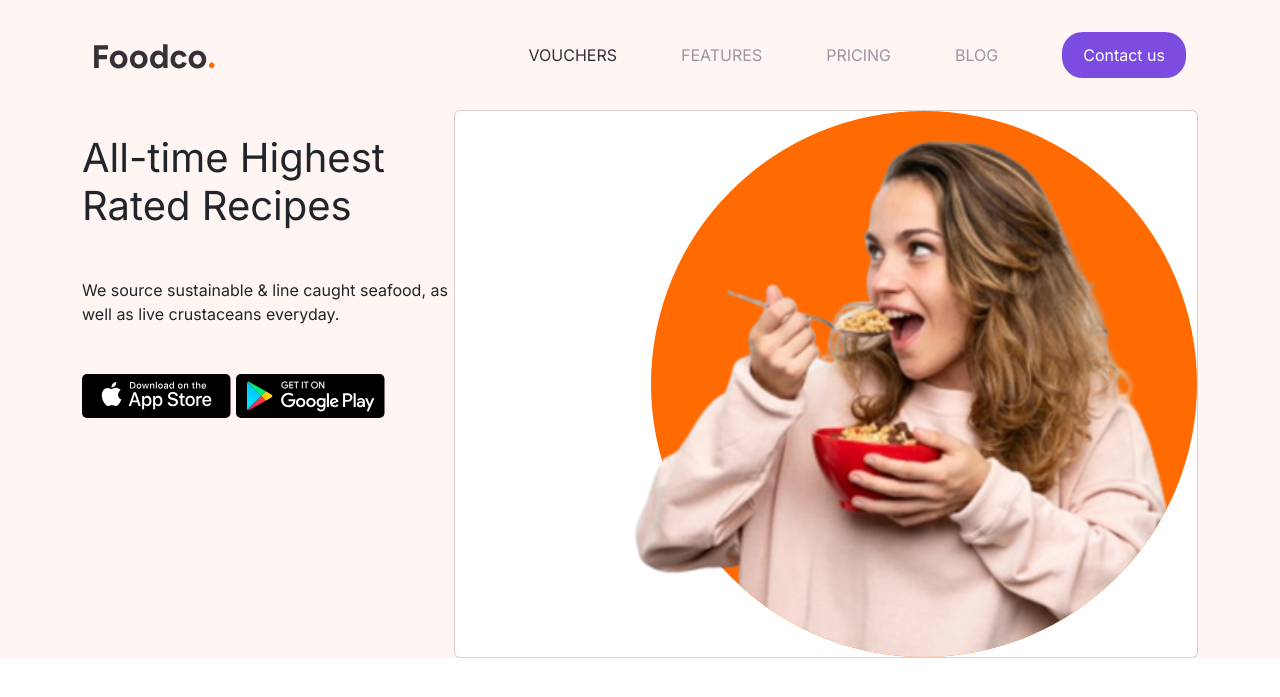
Repository: badhon252/Foodco
Page: index.html
These files come from the project's save history. The page is drawn as it stood at one moment and after the next save; the edit follows.
The browser window is 1280 px wide. The pictures show the whole page.
The style sheet was rebuilt from its Sass, Less or Tailwind sources for each picture, by a compiler version that may differ from the author's.

Above is the page before, as saved 2022-09-15 16:27:33.

### index.html
<!DOCTYPE html>
<html lang="en">

<head>
    <meta charset="UTF-8">
    <meta http-equiv="X-UA-Compatible" content="IE=edge">
    <meta name="viewport" content="width=device-width, initial-scale=1.0">
    <!-- bootstrap cdn link  -->
    <!-- I'm using bootstrap 5 for this project, Let's code!  -->
    <!-- CSS only -->
    <link href="https://cdn.jsdelivr.net/npm/bootstrap@5.2.1/dist/css/bootstrap.min.css" rel="stylesheet"
        integrity="sha384-iYQeCzEYFbKjA/T2uDLTpkwGzCiq6soy8tYaI1GyVh/UjpbCx/TYkiZhlZB6+fzT" crossorigin="anonymous">

    <link rel="stylesheet" href="scss/style.css">
    <title>FoodCo</title>
</head>

<body>

    <main id="header">
        <header class="container">

            <nav class="navbar navbar-expand-lg py-3">
                <div class="container-fluid">
                    <a class="navbar-brand" href="#"><img src="./image/logo.svg" alt=""></a>
                    <button class="navbar-toggler" type="button" data-bs-toggle="collapse" data-bs-target="#navbarNav"
                        aria-controls="navbarNav" aria-expanded="false" aria-label="Toggle navigation">
                        <span class="navbar-toggler-icon"></span>
                    </button>
                    <div class="collapse navbar-collapse" id="navbarNav">
                        <ul class="navbar-nav ms-auto py-3">
                            <li class="nav-item">
                                <a class="nav-link active" aria-current="page" href="#">Vouchers</a>
                            </li>
                            <li class="nav-item">
                                <a class="nav-link" href="#">Features</a>
                            </li>
                            <li class="nav-item">
                                <a class="nav-link" href="#">Pricing</a>
                            </li>
                            <li class="nav-item">
                                <a class="nav-link" href="">Blog</a>
                            </li>
                            <button class="btn">Contact us</button>
                        </ul>
                    </div>
                </div>
            </nav>

            <div class="header-content">
                <div class="k-row">
                    <div class="col-md-4">
                        <h1 class="my-4">All-time <span>Highest</span> Rated Recipes</h1>
                        <p class="my-5">We source sustainable & line caught seafood, as well as live crustaceans
                            everyday.</p>
                        <div class="app-link">
                            <img src="./image/app_store.svg" alt="">
                            <img src="./image/Playstore.svg" alt="">
                        </div>
                    </div>
                    <div class="col-md-8 ">
                        <div class="card">
                            <img src="./image/Group 18525.svg" alt="" class="ms-auto">
                        </div>
                    </div>
                </div>
            </div>
        </header>
    </main>

</body>

</html>

### scss/style.scss
@import url("https://fonts.googleapis.com/css2?family=Inter:wght@400;600;700;800;900&display=swap");
@font-face {
  font-family: circular;
  src: url(../fonts/Circular_Std_Font.otf);
}
@font-face {
  font-family: AirbnbCereal_W_Bd;
  src: url(../fonts/AirbnbCereal_W_Bd.otf);
}
@font-face {
  font-family: AirbnbCereal_W_Bk;
  src: url(../fonts//AirbnbCereal_W_Bk.otf);
}
@font-face {
  font-family: AirbnbCereal_W_Blk;
  src: url(../fonts/AirbnbCereal_W_Blk.otf);
}
@font-face {
  font-family: AirbnbCereal_W_Lt;
  src: url(../fonts/AirbnbCereal_W_Lt.otf);
}
@font-face {
  font-family: AirbnbCereal_W_Md;
  src: url(../fonts/AirbnbCereal_W_Md.otf);
}
@font-face {
  font-family: AirbnbCereal_W_XBd;
  src: url(../fonts/AirbnbCereal_W_XBd.otf);
}
* {
  margin: 0;
  padding: 0;
  box-sizing: border-box;
  font-family: "Inter", sans-serif;
  //   font-family: circular;
}
// .container {
//   margin: 2rem 14rem;
// }
// .btn,
// .link {
//   cursor: pointer;
// }
.link {
  text-decoration: none;
  color: #353237;
}
.btn {
  outline: none;
  border: none;
  padding: 12px 25px;
  font-size: 1rem;
  font-weight: 400;
}
.active {
  color: #353237 !important;
}
li {
  list-style-type: none;
}
.py-1 {
  padding: 1rem 0;
}
.py-2 {
  padding: 2rem 0;
}
.py-3 {
  padding: 3rem 0;
}
.py-4 {
  padding: 4rem 0;
}
.my-1 {
  margin: 1rem 0;
}
.my-1 {
  margin: 1rem 0;
}
.my-2 {
  margin: 2rem 0;
}
.my-3 {
  margin: 3rem 0;
}
.my-4 {
  margin: 4rem 0;
}
.my-5 {
  margin: 5rem 0;
}

// =======================
//===========================
#header {
  background-color: #fff5f2;

  .navbar {
    .navbar-nav {
      align-items: center;
      .nav-item {
        margin: 0 1.5rem;
        .nav-link {
          font-weight: 500;
          font-size: 1rem;
          line-height: 20px;
          text-transform: uppercase;
          color: #9a97a1;
          //   color: #353237;
          &:hover {
            color: #353237;
          }
        }
      }
      .btn {
        background-color: #7b4cdf;
        border-radius: 20.5px;
        color: #fff;
        margin-left: 2rem;
        padding: 11px 21px;
      }
    }
  }

  .header-content {
    .k-row {
      display: flex;
      justify-content: space-between !important;
    }
  }
}

After the next save:
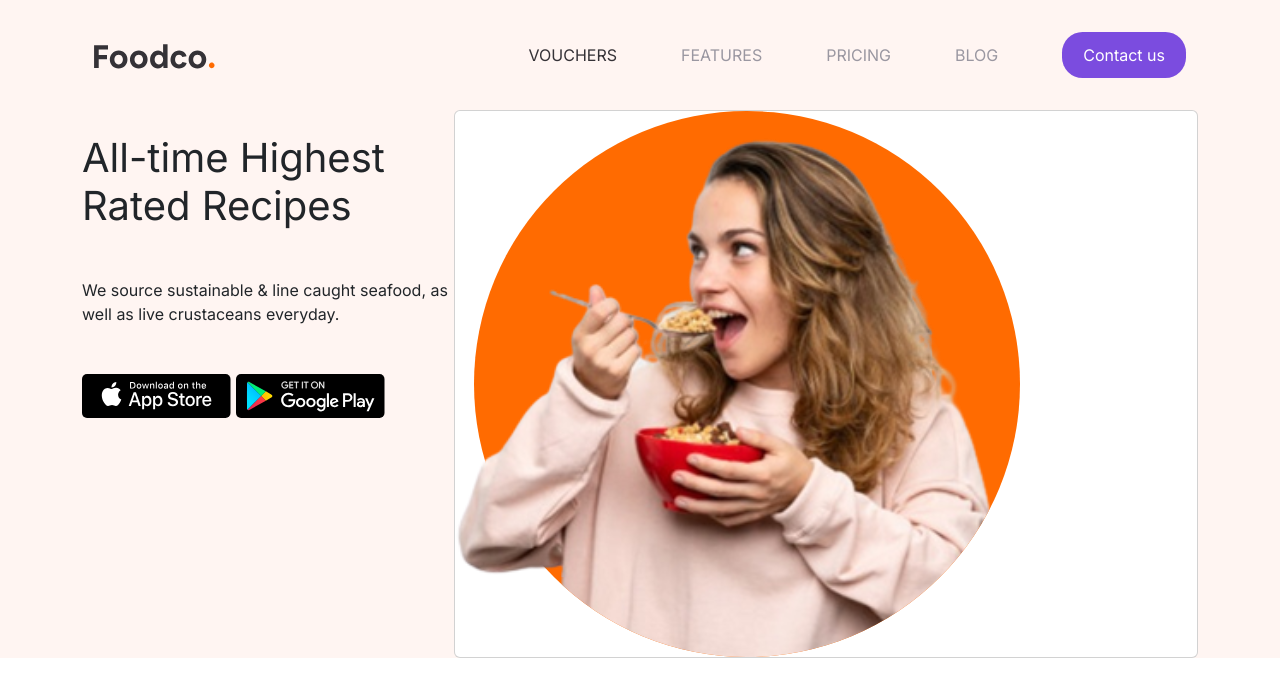
Saved 24 s later.
--- a/index.html
+++ b/index.html
@@ -58,8 +58,8 @@
                             <img src="./image/Playstore.svg" alt="">
                         </div>
                     </div>
-                    <div class="col-md-8 ">
-                        <div class="card">
+                    <div class="col-md-8 card">
+                        <div class="">
                             <img src="./image/Group 18525.svg" alt="" class="ms-auto">
                         </div>
                     </div>

After the save that followed:
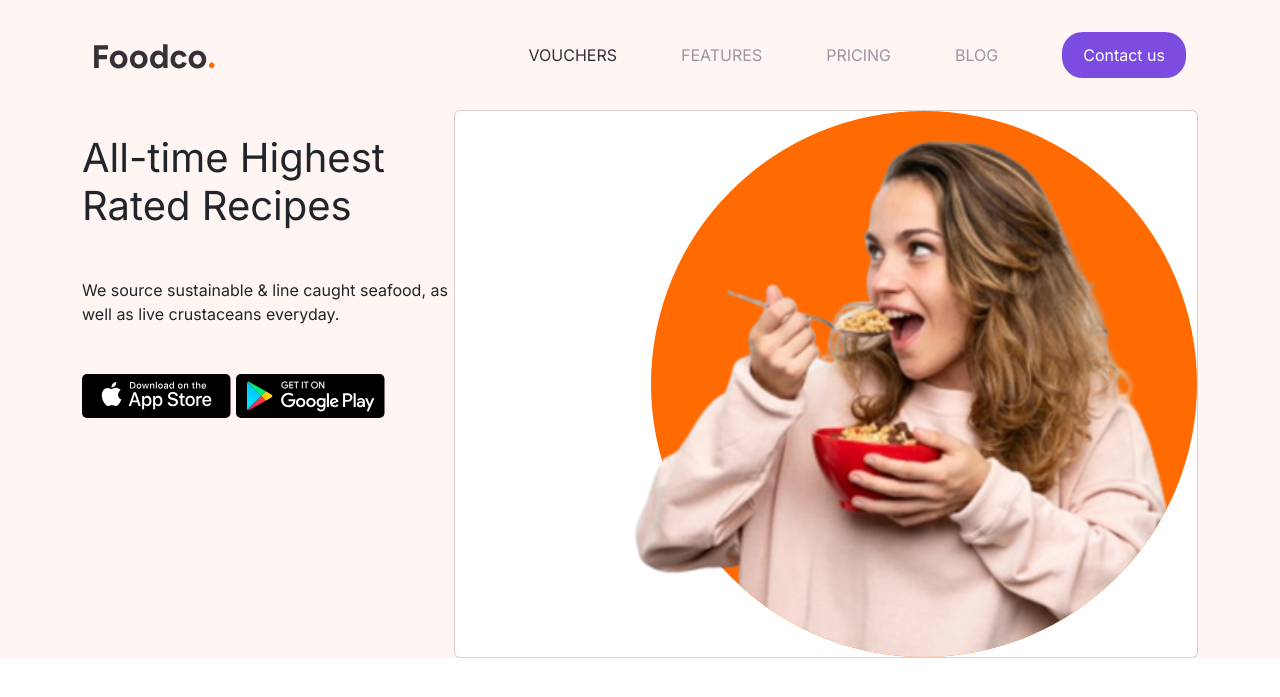
Saved 9 s later.
--- a/index.html
+++ b/index.html
@@ -58,8 +58,8 @@
                             <img src="./image/Playstore.svg" alt="">
                         </div>
                     </div>
-                    <div class="col-md-8 card">
-                        <div class="">
+                    <div class="col-md-8 ">
+                        <div class="card">
                             <img src="./image/Group 18525.svg" alt="" class="ms-auto">
                         </div>
                     </div>
